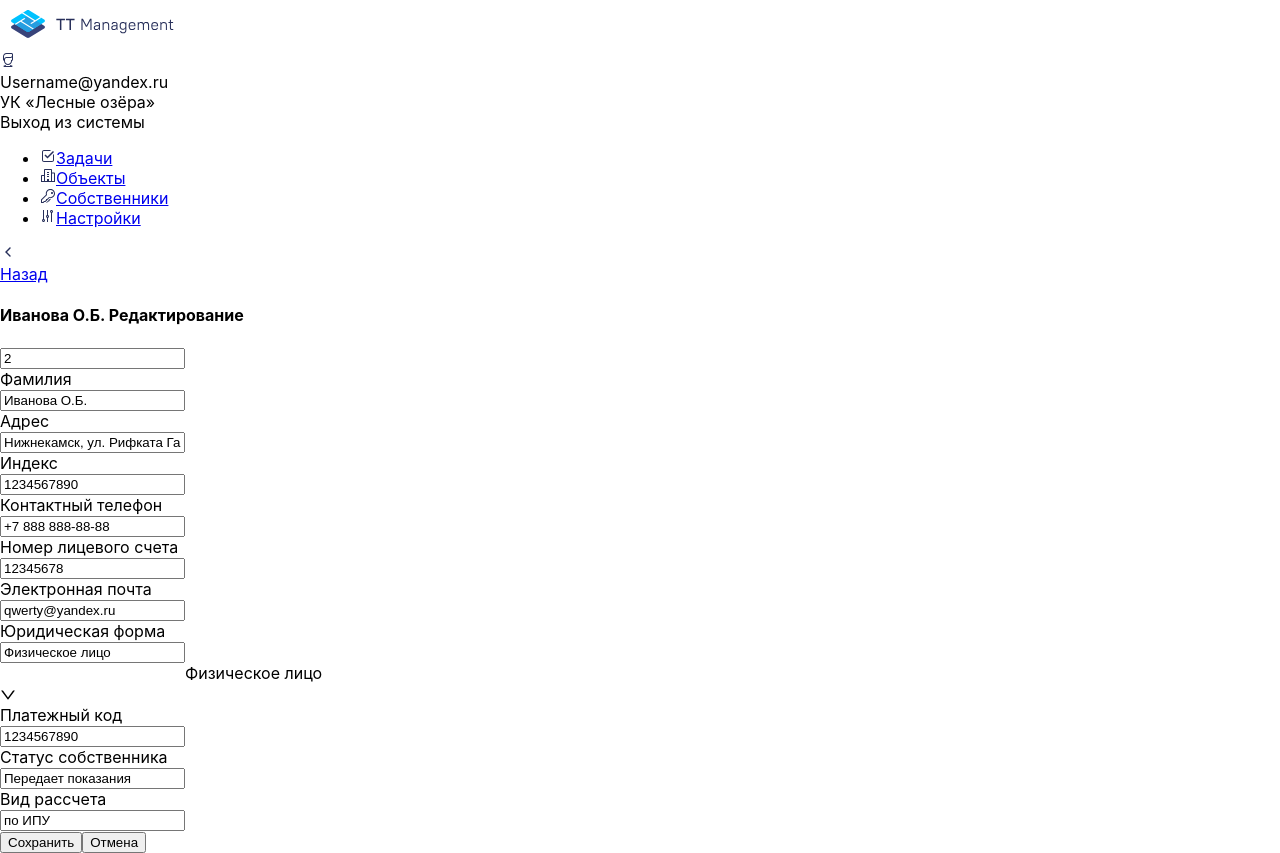
Repository: TryBr/tt-management
Page: /owners/1/edit
The author's editor kept a copy of each file at every save. The page is drawn from the files as they stood at one save, then again after the next save.
The browser window is 1280 px wide. The pictures show the whole page.
The project was rebuilt for these pictures with package versions that can differ from the ones it lists, and the page was loaded fresh each time. Also part of the build but not shown: src/App.css, src/TaskDetail.js, src/Owners.js, src/OwnerDetail.js.

Above is the page before, as saved 2020-07-21 14:12:22.

After the next save:
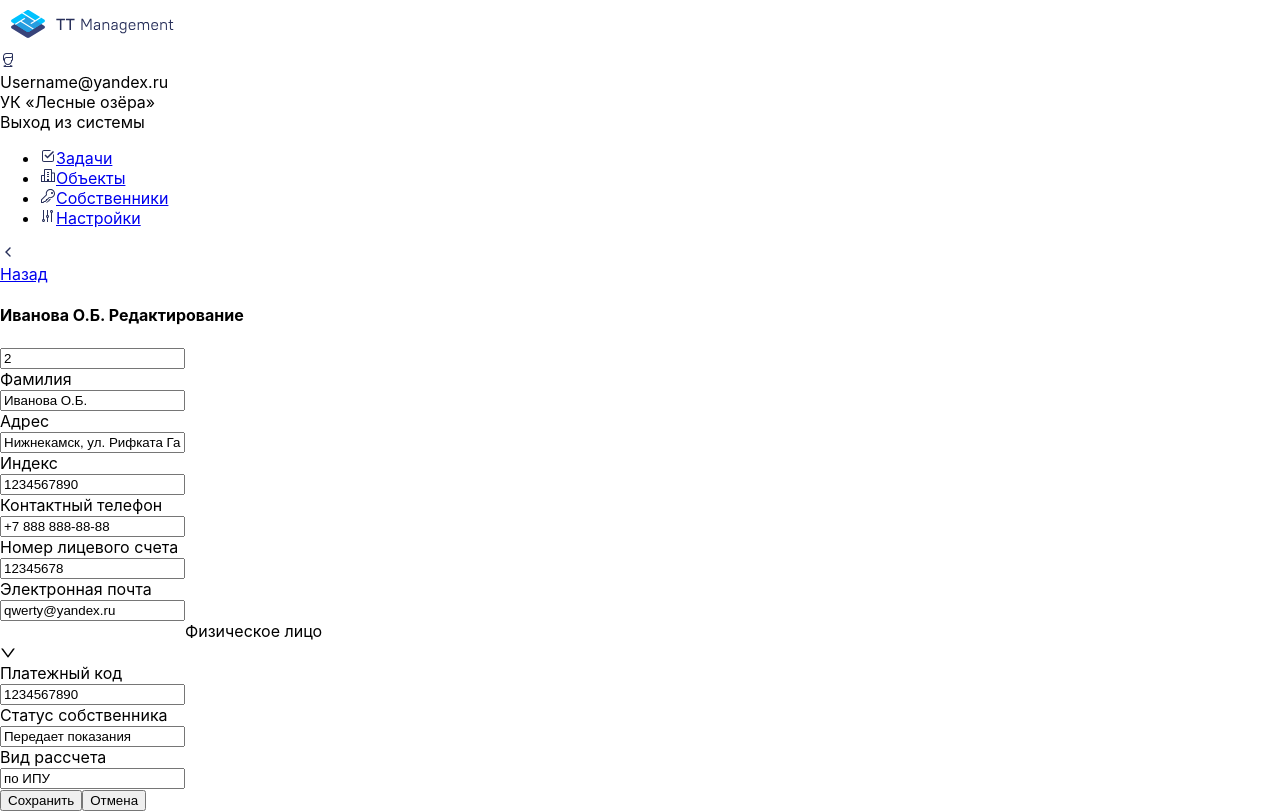
Saved 25 s later.
--- a/src/OwnerEdit.js
+++ b/src/OwnerEdit.js
@@ -65,9 +65,9 @@ const OwnerEdit = ({ owner, onOwnEdit }) => {
                             <Form.Item label="Электронная почта" name="email" initialValue={owner[id].email}>
                                 <Input />
                             </Form.Item>
-                            <Form.Item label="Юридическая форма" name="legalForm" initialValue={owner[id].legalForm}>
+                            {/* <Form.Item label="Юридическая форма" name="legalForm" initialValue={owner[id].legalForm}>
                                 <Input />
-                            </Form.Item>
+                            </Form.Item> */}
                             <Select name="legalForm" defaultValue={owner[id].legalForm}>
                                 <Option value="physic">Физическое лицо</Option>
                                 <Option value="legal">Юридическое лицо</Option>
